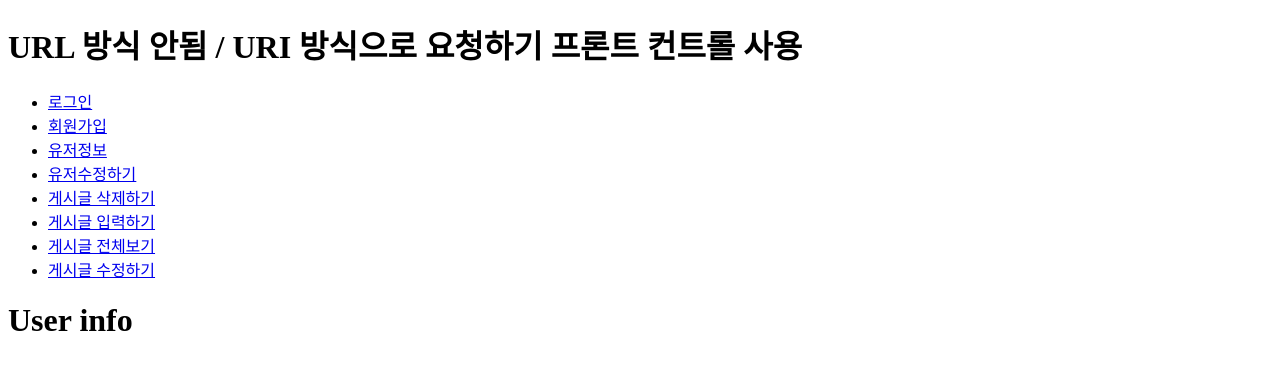
Repository: kimhaengun/Jsp
Page: http://localhost/hello/user/selectOne.jsp
The author's editor kept a copy of each file at every save. The page is drawn from the files as they stood at one save, then again after a run of saves.
The browser window is 1280 px wide. The pictures show the whole page.
The page is served by Tomcat 9.

Above is the page before, as saved 2020-12-21 06:56:55.

After the next 3 saves:
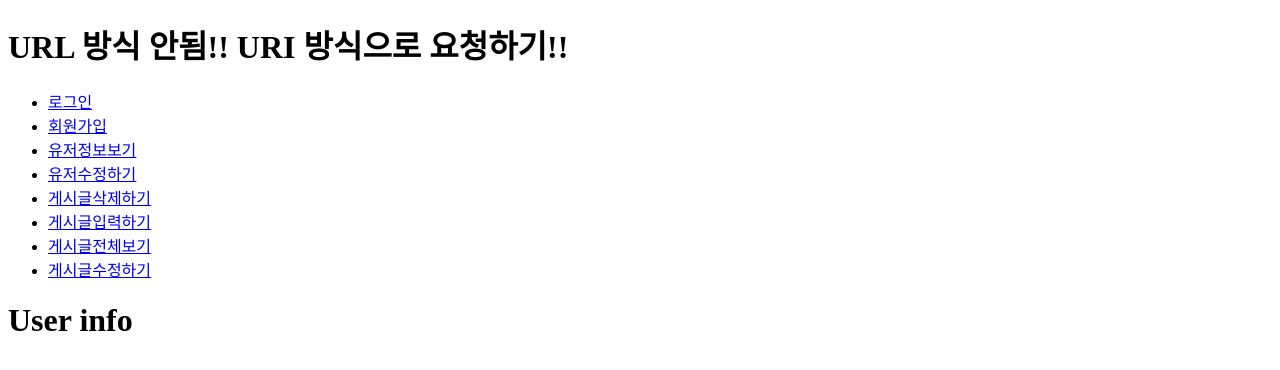
The 3 saves are shown as one change because 2 did not build or start.
The last was saved 67 min 29 s later.
--- a/hello/WebContent/layout/header.jsp
+++ b/hello/WebContent/layout/header.jsp
@@ -1,20 +1,29 @@
 <%@ page language="java" contentType="text/html; charset=UTF-8"
     pageEncoding="UTF-8"%>
-<!DOCTYPE html>
+
+<%
+   String contextPath = request.getContextPath();
+   //out.println(contextPath);
+   //<%=contextPath
+
+%>
+
+    <!DOCTYPE html>
 <html>
 <head>
 <meta charset="UTF-8">
 <title>Insert title here</title>
 </head>
 <body>
-<h1>URL 방식 안됨 / URI 방식으로 요청하기 프론트 컨트롤 사용</h1>
+<h1>URL 방식 안됨!! URI 방식으로 요청하기!!</h1>
 <ul>
-	<li><a href="/hello/user?gubun=login">로그인</a></li>
-	<li><a href="user?gubun=join">회원가입</a></li>
-	<li><a href="user?gubun=selectOne">유저정보</a></li>
-	<li><a href="user?gubun=updateOne">유저수정하기</a></li>
-	<li><a href="board?gubun=deleteOne">게시글 삭제하기</a></li>
-	<li><a href="board?gubun=insertOne">게시글 입력하기</a></li>
-	<li><a href="board?gubun=selectAll">게시글 전체보기</a></li>
-	<li><a href="board?gubun=updateOne">게시글 수정하기</a></li>
+   <!-- 절대경로 상대경로 -->
+   <li><a href="<%=contextPath %>/user?gubun=login">로그인</a></li>
+   <li><a href="<%=contextPath %>/user?gubun=join">회원가입</a></li>
+   <li><a href="<%=contextPath %>/user?gubun=selectOne">유저정보보기</a></li>
+   <li><a href="<%=contextPath %>/user?gubun=updateOne">유저수정하기</a></li>
+   <li><a href="<%=contextPath %>/board?gubun=deleteOne">게시글삭제하기</a></li>
+   <li><a href="<%=contextPath %>/board?gubun=insertOne">게시글입력하기</a></li>
+   <li><a href="<%=contextPath %>/board?gubun=selectAll">게시글전체보기</a></li>
+   <li><a href="<%=contextPath %>/board?gubun=updateOne">게시글수정하기</a></li>
 </ul>
